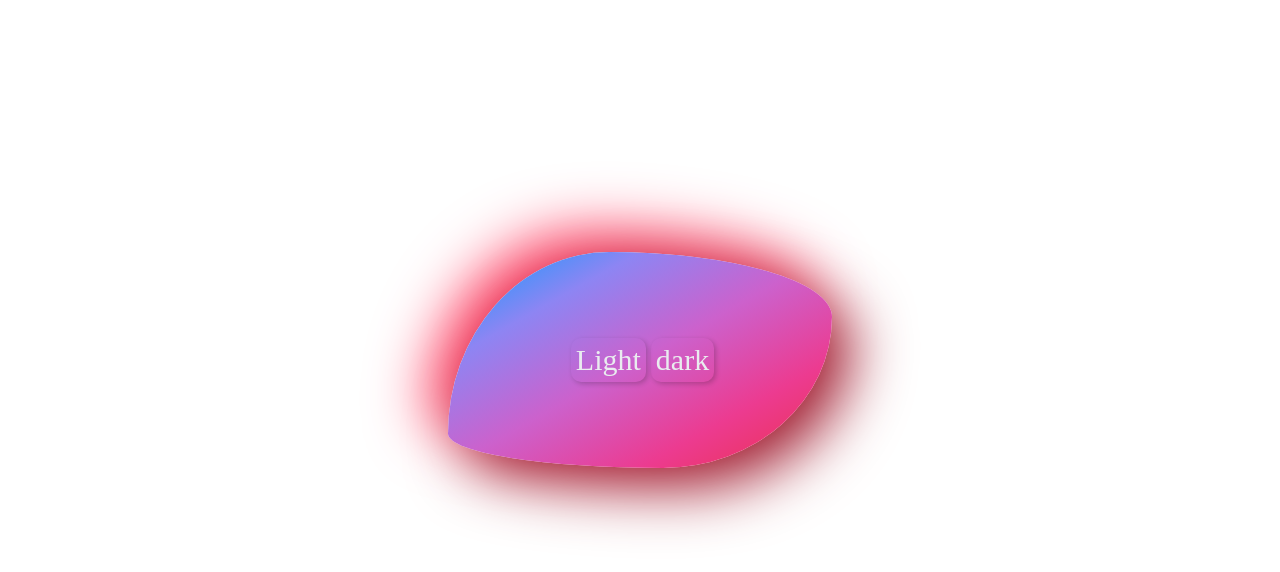
Repository: Yuukicoder/basicProject
Page: project1.html
An editor plug-in stored every save of this project. The page is shown before and after the next save, followed by the edit.
The browser window is 1280 px wide. The pictures show the whole page.
Some web fonts or font styles are not loaded; a fallback is used.

Above is the page before, as saved 2023-02-24 22:49:09.

After the next save:
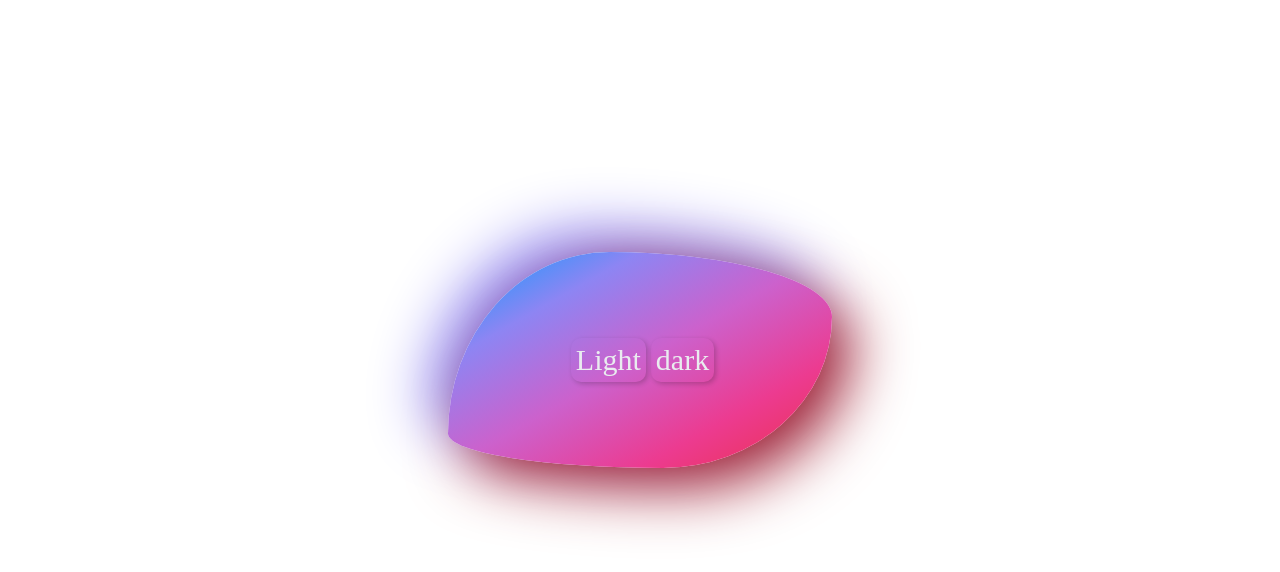
Saved 17 s later.
--- a/assets/css/project1.css
+++ b/assets/css/project1.css
@@ -34,7 +34,7 @@ body {
   justify-content: center;
   /* border-radius: 50px; */
   /* background: #ec2f4b; */
-  box-shadow: 20px 20px 60px #a02033, -20px -20px 60px #ff3e63;
+  box-shadow: 20px 20px 60px #a02033, -20px -20px 60px #8d85f3;
 }
 button {
   background: transparent;
